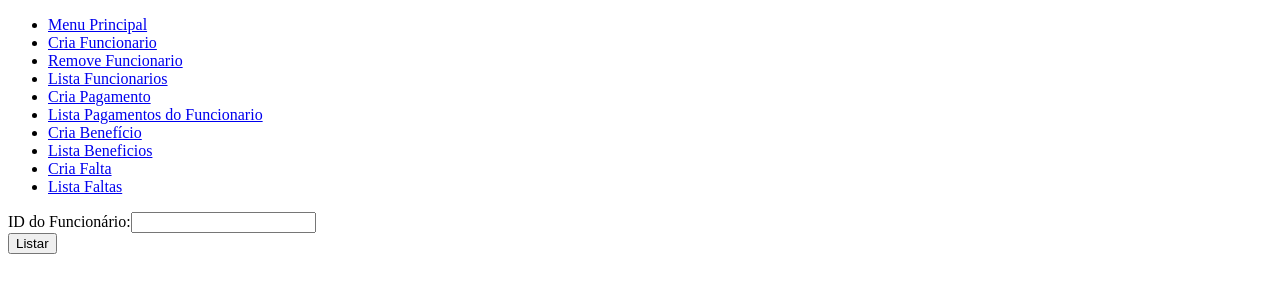
Repository: engcarlosrosa/big_data_proj
Page: rhcontroller/WebContent/lista_funcionarios.html
The author's editor kept a copy of each file at every save. The page is drawn from the files as they stood at one save, then again after the next save.
The browser window is 1280 px wide. The pictures show the whole page.

Above is the page before, as saved 2018-09-19 13:57:08.
Console error: TypeError: Cannot set properties of null (setting 'value')

After the next save:
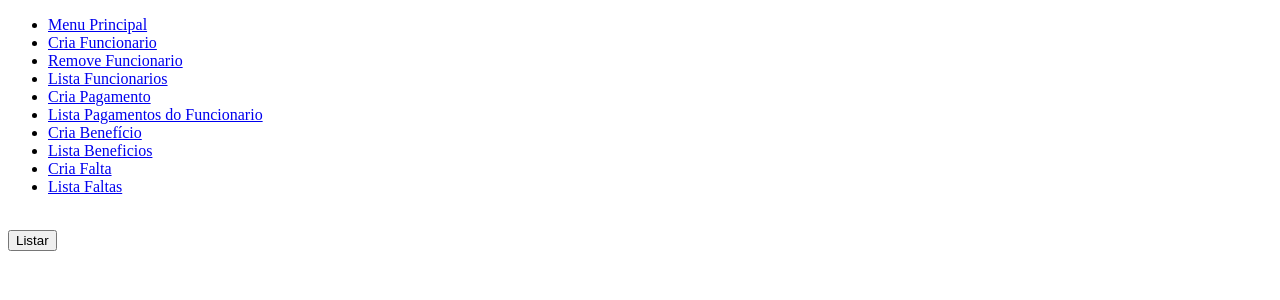
Saved 39 min 51 s later.
--- a/rhcontroller/WebContent/lista_funcionarios.html
+++ b/rhcontroller/WebContent/lista_funcionarios.html
@@ -18,7 +18,7 @@
   <li><a href="ServiceListaFaltas">Lista Faltas</a></li>
 </ul>
 <form name="myForm" id="myForm" action="ServiceListaFuncionarios" method="post">
- 	ID do Funcionário:<input name="id_funcionario" type="text" id="id">
+
  	<br>
     <input type="submit" value="Listar">
 </form>
